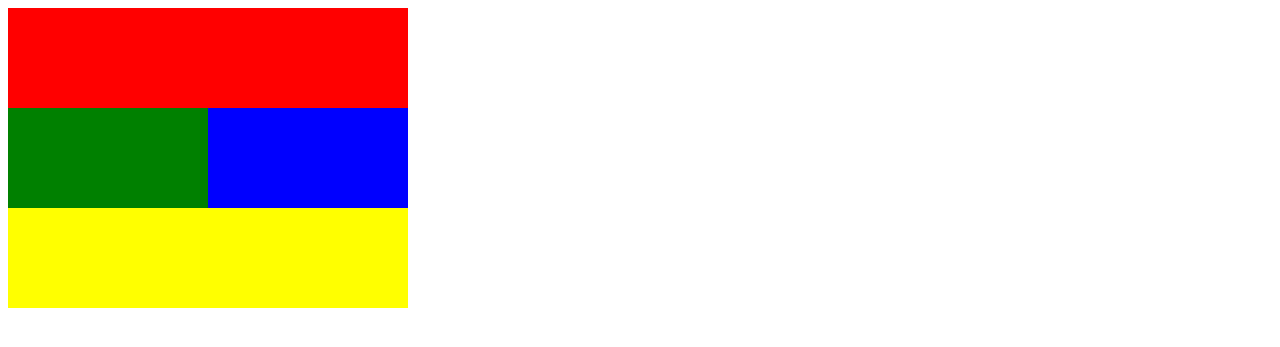
Repository: natuki-i/curriculum
Page: HTML/index.html
An editor plug-in stored every save of this project. The page is shown before and after the next save, followed by the edit.
The browser window is 1280 px wide. The pictures show the whole page.

Above is the page before, as saved 2022-11-25 21:29:11.

### HTML/index.html
<!DOCTYPE html>
<html lang="en">
<head>
    <meta charset="UTF-8">
    <meta http-equiv="X-UA-Compatible" content="IE=edge">
    <meta name="viewport" content="width=device-width, initial-scale=1.0">
    <title>Document</title>
    <link rel="stylesheet" href="css/style.css">
</head>
<body>
    <div class="header"></div>
    <div class="main clearfix">
        <div class="left"></div>
        <div class="right"></div>
    </div>
    <div class="footer"></div>
</body>
</html>

### HTML/css/style.css
.header {
    width: 400px;
    height: 100px;
    background-color: red;
}

.main {
    width: 400px;
    height: 100px;
    background-color: blue;
}

.left {
    width: 200px;
    height: 100px;
    background-color: green;
}

.right {
    width: 200px;
    height: 100px;
    background-color: pink;
}

.footer {
    width: 400px;
    height: 100px;
    background-color: yellow;
}

After the next save:
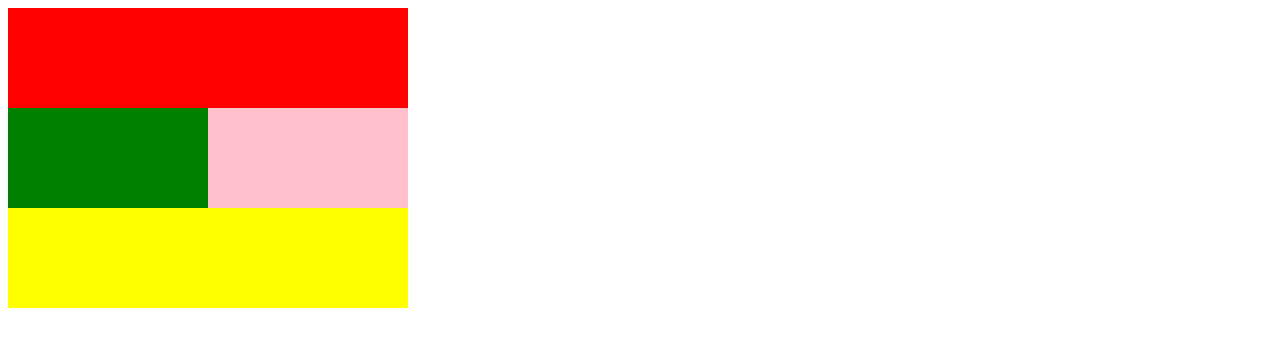
Saved 48 s later.
--- a/HTML/css/style.css
+++ b/HTML/css/style.css
@@ -5,9 +5,7 @@
 }
 
 .main {
-    width: 400px;
-    height: 100px;
-    background-color: blue;
+    display: flex;
 }
 
 .left {
